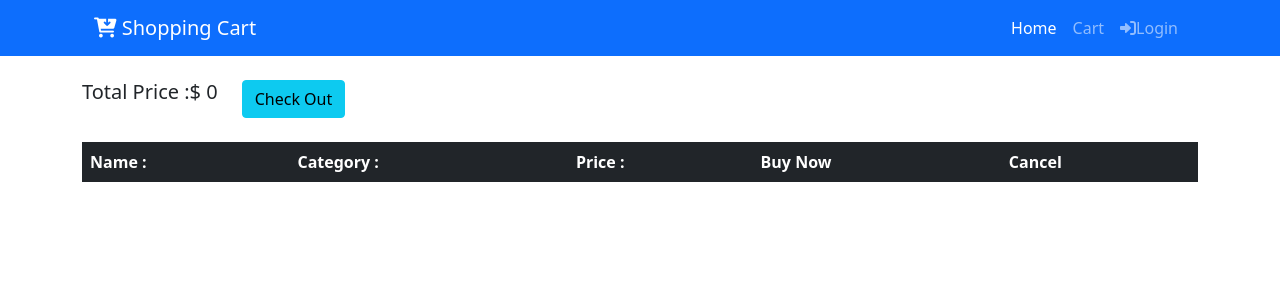
Repository: Min-MinPhyo/java-servlet-ecommerce-project
Page: http://localhost/E-Commerence/cart.jsp
The author's editor kept a copy of each file at every save. The page is drawn from the files as they stood at one save, then again after the next save.
The browser window is 1280 px wide. The pictures show the whole page.
Some web libraries are served in a nearby version. The page is served by Tomcat 9.

Above is the page before, as saved 2022-10-05 11:24:55.

After the next save:
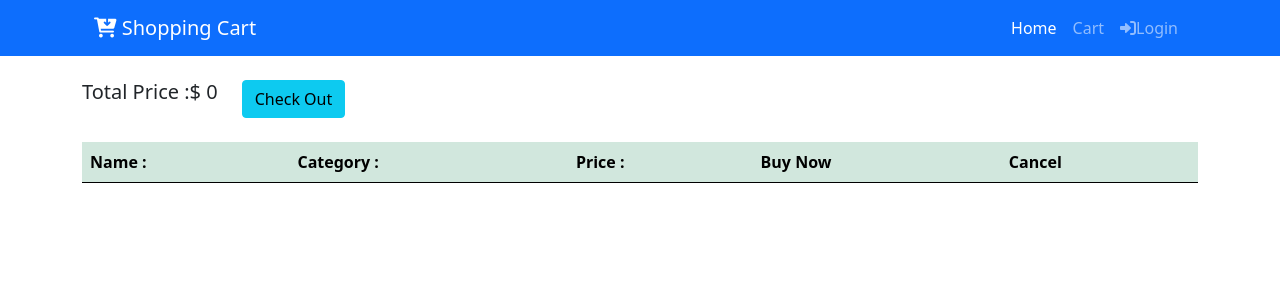
Saved 65 s later.
--- a/E-Commerence/src/main/webapp/cart.jsp
+++ b/E-Commerence/src/main/webapp/cart.jsp
@@ -58,7 +58,8 @@ if (cart_list != null) {
 			<a href="checkOut" class="mx-4 btn btn-info">Check Out</a>
 		</div>
 
-		<table class="table table-dark table-striped">
+		<!-- <table class="table table-dark table-striped"> -->
+		<table class="table table-success table-striped">
 			<thead class="thead-dark">
 
 				<tr>
